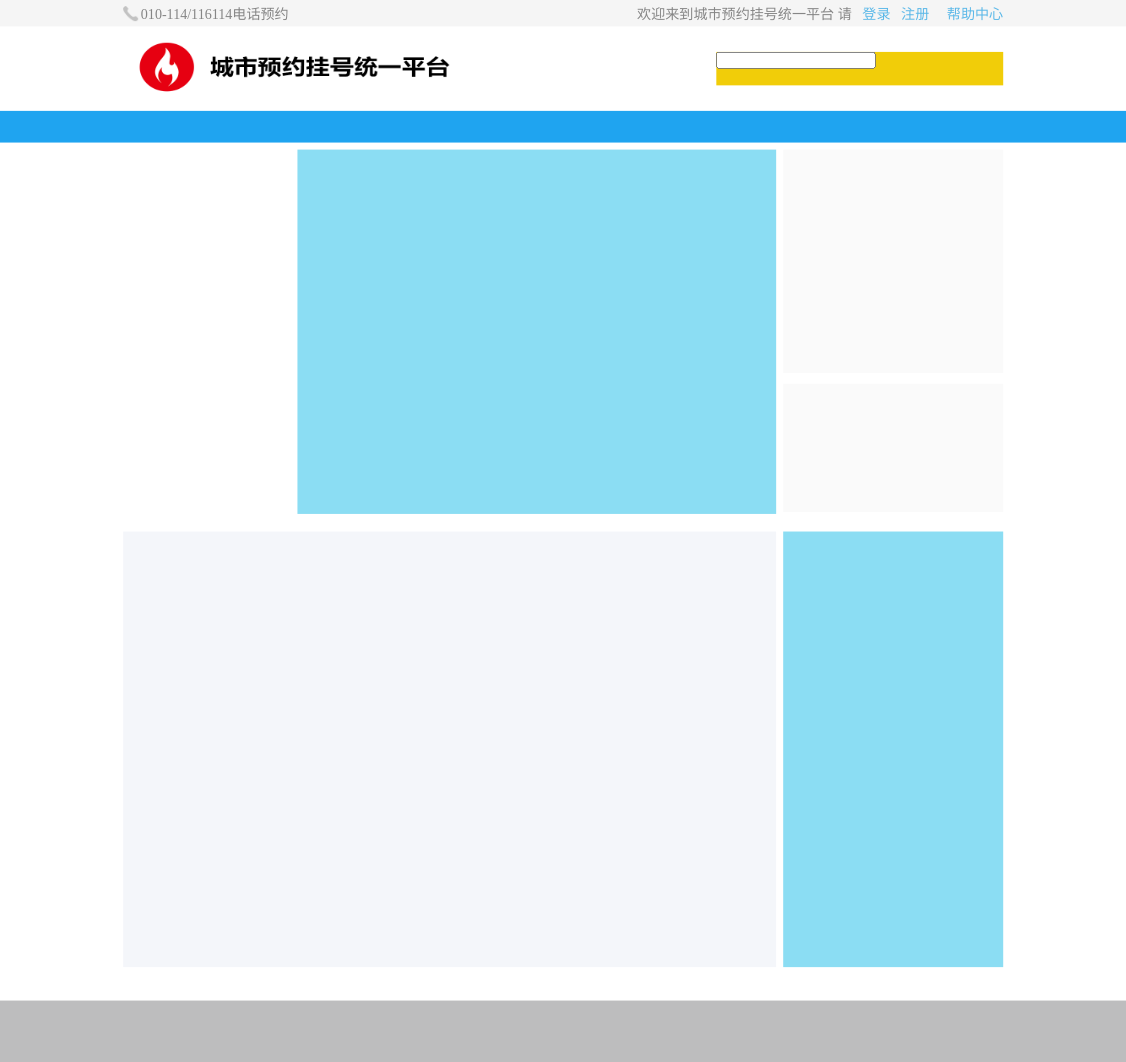
Repository: zhenzhen-gong/HospitalDemo
Page: index.html
An editor plug-in stored every save of this project. The page is shown before and after the next save, followed by the edit.
The browser window is 1280 px wide. The pictures show the whole page, at 88% of full size.

Above is the page before, as saved 2020-07-08 15:57:22.

### index.html
<!DOCTYPE html>
<html lang="en">

<head>
    <meta charset="UTF-8">
    <meta name="viewport" content="width=device-width, initial-scale=1.0">
    <title>城市医院预约平台</title>
    <link rel="stylesheet" href="css/style.css">
    <script src="js/script.js"></script>
</head>

<body>
    <div class="top">
        <div class="top-wrap">
            <div class="call">&nbsp;&nbsp;&nbsp;&nbsp;&nbsp;010-114/116114电话预约</div>
            <div class="welcom">
                欢迎来到城市预约挂号统一平台&nbsp;请&nbsp;&nbsp;
                <a href="#">登录</a>&nbsp;&nbsp;
                <a href="#">注册</a>&nbsp;&nbsp;&nbsp;&nbsp;
                <a href="#">帮助中心</a>
            </div>
        </div>
    </div>
    <div class="header">
        <div class="header-wrap">
            <div class="logo"><img src="./img/logo.png" alt="logo"></div>
            <div class="search">
                <span class="=tag"></span>
                <input type="text">
                <span ></span>
            </div>
        </div>
    </div>
    <div class="nav">
        <div class="nav-menu"></div>
    </div>
    <div class="banner">
        <div class="banner-slider"></div>
        <div class="banner-right">
            <div class="banner-search"></div>
            <div class="banner-help"></div>
        </div>
    </div>
    <div class="content">
        <div class="tad">
            <div class="tab-hosital"></div>
            <div class="tab-department"></div>
        </div>
        <div class="content-right">
            <div class="news"></div>
            <div class="close"></div>
        </div>
    </div>
    <div class="footer"></div>
</body>

</html>

### css/style.css
*{
    margin: 0;
    padding: 0;
}
a{
    text-decoration: none;
}
/* top部分样式 */
.top{
    height: 30px;
    width: 100%;
    background: #f5f5f5;
}
.top .top-wrap{
    width: 1000px;
    height: 100%;
    margin: 0 auto;
    display: flex;
    justify-content: space-between;
    align-items: center;
    color: #868686;
}
.top .top-wrap .call{
    background: url("../img/icon-call.png") no-repeat center left;
}
.top .top-wrap .welcom a{
    color: #5bb8e8;
}
/* header部分 */
.header{
    width: 100%;
    height: 96px;
}
.header .header-wrap{
    width: 1000px;
    height: 100%;
    margin: 0 auto;
    display: flex;
    justify-content: space-between;
    align-items: center;
}
.header .header-wrap .logo img{
    height: 74px;
    width: 403px;
}
.header .header-wrap .search{
    height: 38px;
    width: 326px;
    background: #f1cd09;
}


/* nva导航部分 */
.nav{
    width: 100%;
    height: 36px;
    background: #1fa4f0;
}
/* banner部分 */
.banner{
    height: 432px;
    width: 1000px;
    margin: 0 auto;
    padding-left: 190px;
    box-sizing: border-box;
}
.banner-slider{
    height: 414px;
    width: 544px;
    background: #8bddf3;
    margin: 8px 8px 0 8px ;
    float: left;
}
.banner-right{
    float: right;
    width: 250px;
    height: 414px;
    margin-top: 8px;
}
.banner-right .banner-search{
    height: 254px;
    background: #fafafa;
    margin-bottom: 12px;
}
.banner-right .banner-help{
    height: 146px;
    background: #fafafa;
}
/* content部分 */
.content{
    height: 495px;
    width: 1000px;
    margin: 10px auto 38px;
}
.content .tad{
    float: left;
    background: #f4f6fa;
    height: 495px;
    width: 742px;
}
.content .content-right{
    float: right;
    width: 250px;
    height: 495px;
    margin-left: 8px;
    background: #8bddf3;
}
/* footer部分 */
.footer{
    height: 70px;
    width: 100%;
    background: #bdbdbe;
}

Loaded but not shown: js/script.js (no stored copy; drawn as an empty file)

After the next save:
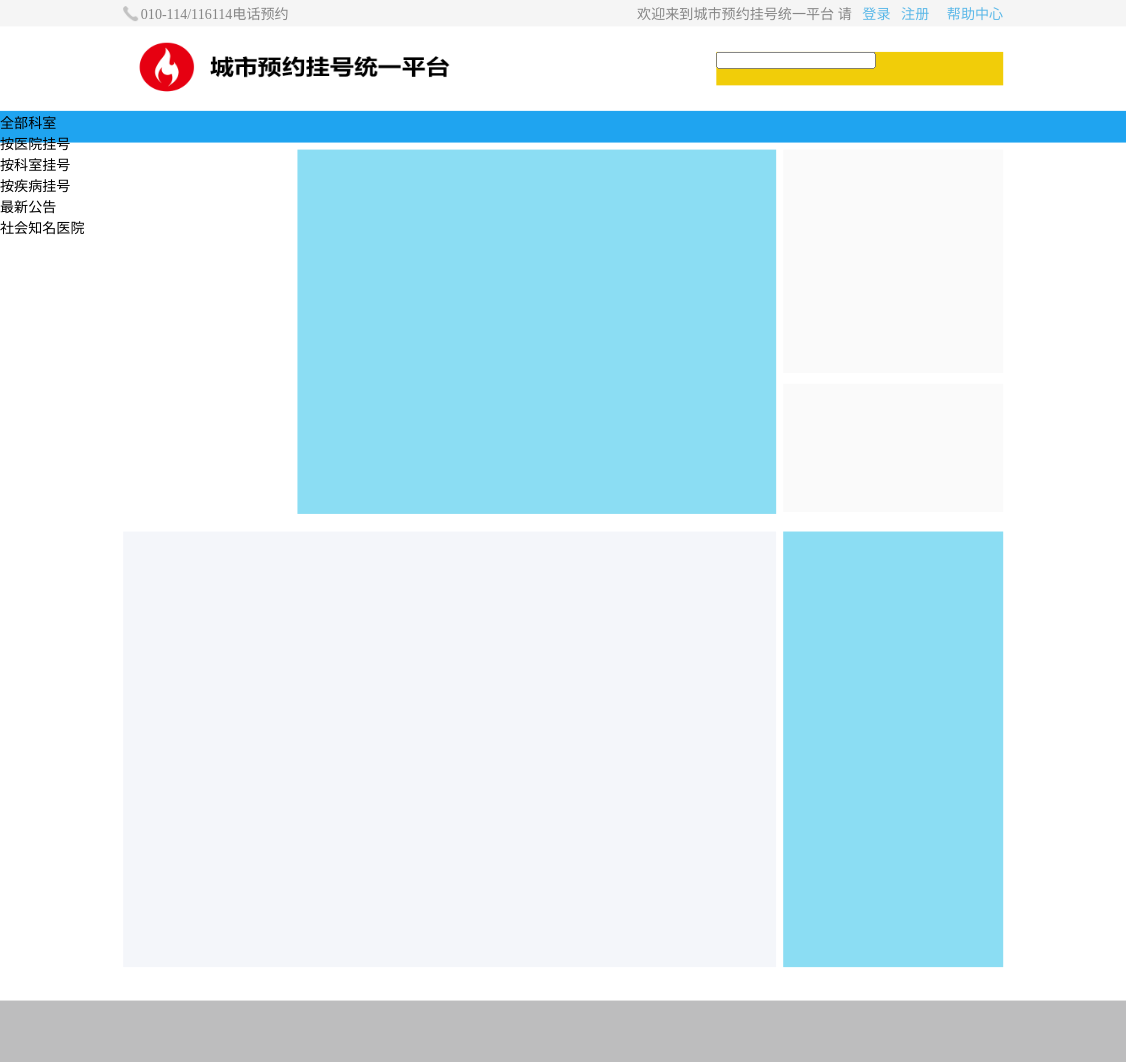
Saved 4 min 54 s later.
--- a/index.html
+++ b/index.html
@@ -32,7 +32,16 @@
         </div>
     </div>
     <div class="nav">
-        <div class="nav-menu"></div>
+        <div class="nav-menu">
+            <ul>
+                <li>全部科室</li>
+                <li>按医院挂号</li>
+                <li>按科室挂号</li>
+                <li>按疾病挂号</li>
+                <li>最新公告</li>
+                <li>社会知名医院</li>
+            </ul>
+        </div>
     </div>
     <div class="banner">
         <div class="banner-slider"></div>
